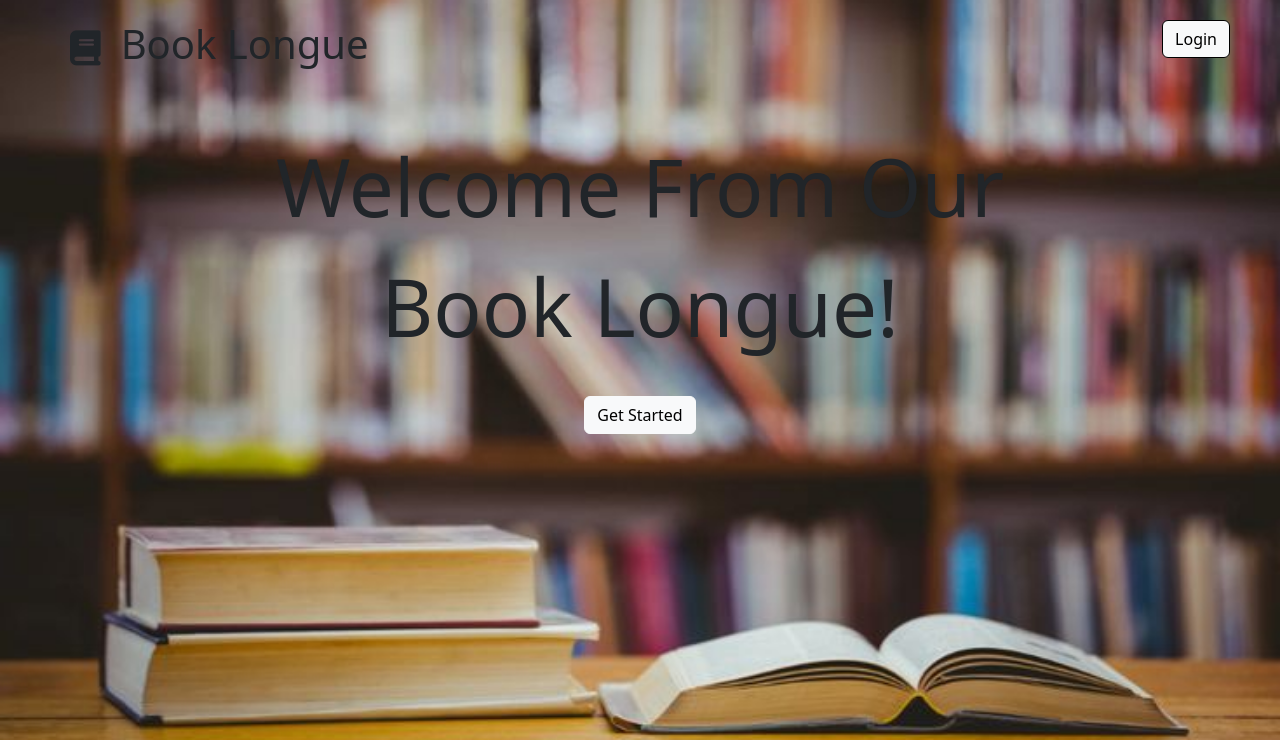
Repository: moehaymanmyint/Book-Longue-Web-System
Page: pages /GetStarted.html
These files come from the project's save history. The page is drawn as it stood at one moment and after the next save; the edit follows.
The browser window is 1280 px wide. The pictures show the whole page.

Above is the page before, as saved 2024-12-21 20:25:57.

### pages /GetStarted.html
<!DOCTYPE html>
<html lang="en">
<head>
    <meta charset="UTF-8">
    <meta name="viewport" content="width=device-width, initial-scale=1.0">
    <title>Book Longue - Get Started</title>
    <link href="https://cdn.jsdelivr.net/npm/bootstrap@5.3.3/dist/css/bootstrap.min.css" rel="stylesheet" integrity="sha384-QWTKZyjpPEjISv5WaRU9OFeRpok6YctnYmDr5pNlyT2bRjXh0JMhjY6hW+ALEwIH" crossorigin="anonymous">
    <script src="https://cdn.jsdelivr.net/npm/bootstrap@5.3.3/dist/js/bootstrap.bundle.min.js" integrity="sha384-YvpcrYf0tY3lHB60NNkmXc5s9fDVZLESaAA55NDzOxhy9GkcIdslK1eN7N6jIeHz" crossorigin="anonymous"></script>
    <link rel="stylesheet" href="../style/GetStarted.css">
    <link rel="stylesheet" href="https://cdnjs.cloudflare.com/ajax/libs/font-awesome/6.7.2/css/all.min.css" integrity="sha512-Evv84Mr4kqVGRNSgIGL/F/aIDqQb7xQ2vcrdIwxfjThSH8CSR7PBEakCr51Ck+w+/U6swU2Im1vVX0SVk9ABhg==" crossorigin="anonymous" referrerpolicy="no-referrer" />
</head>
<body>
    <div class="nav-bar">
        <div class="left">
            <i class="fa-solid fa-book"></i>
            <h1>Book Longue</h1>
        </div>
        <div class="right">
            <button type="button" class="btn btn-light">Login</button>
        </div>
    </div>
    <div class="content">
        <h1>Welcome From Our<br>Book Longue!</h1>
        <button type="button" class="btn btn-light">Get Started</button>
    </div>
</body>
</html>

### style/GetStarted.css
body{
    background-image: url(../src/GetStart-bg.jpg);
    background-size: cover;
    background-repeat: no-repeat;
    background-position: center;
    height: 100vh;
}

.content{
    display: flex;
    flex-direction: column;
    align-items: center;
}

.left{
    display: flex;
    align-items: center;
}

.left i{
    font-size: 35px;
    margin: 0 20px;
}
.nav-bar{
    display: flex;
    justify-content: space-between;
    margin: 20px 50px;
}

.nav-bar button{
    border: 1px solid black;
}

.content h1{
    font-size: 80px;
    text-align: center;
    line-height: 150%;
    margin: 30px;
}

After the next save:
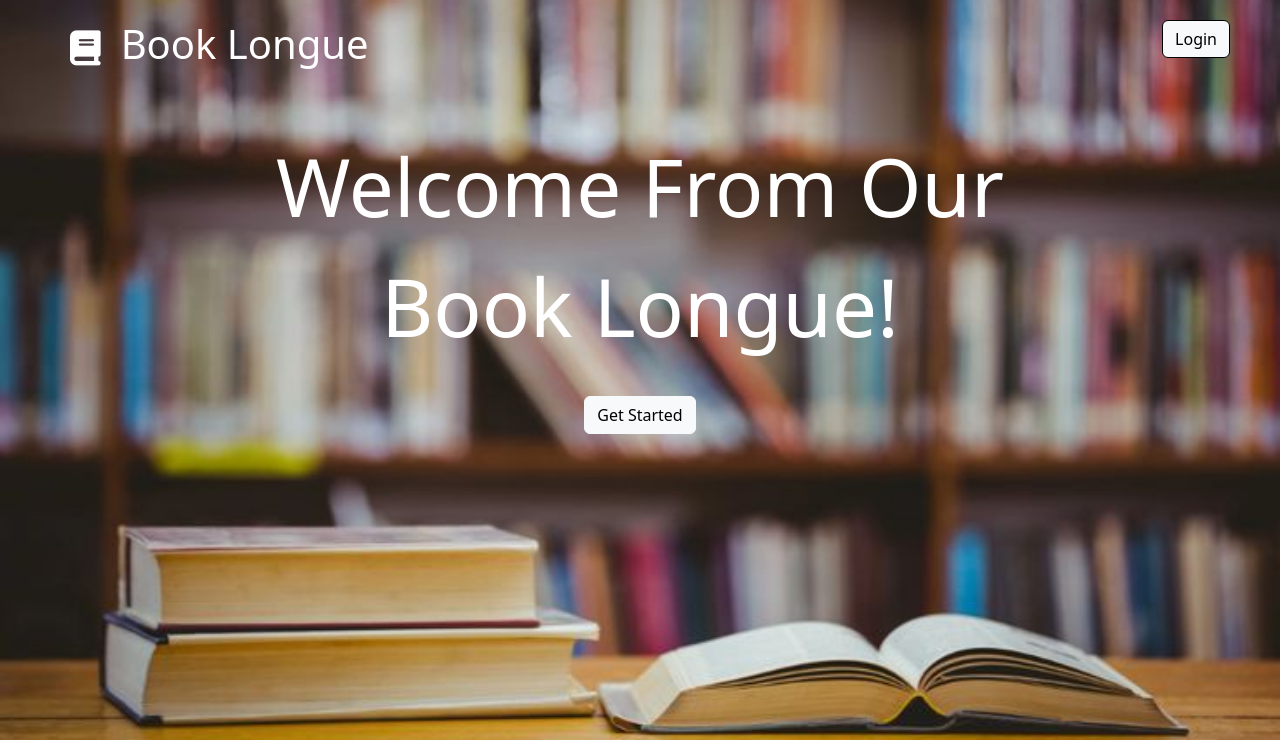
Saved 2 min 24 s later.
--- a/style/GetStarted.css
+++ b/style/GetStarted.css
@@ -4,6 +4,8 @@ body{
     background-repeat: no-repeat;
     background-position: center;
     height: 100vh;
+    color: #ffffff;
+    margin: 0;
 }
 
 .content{
